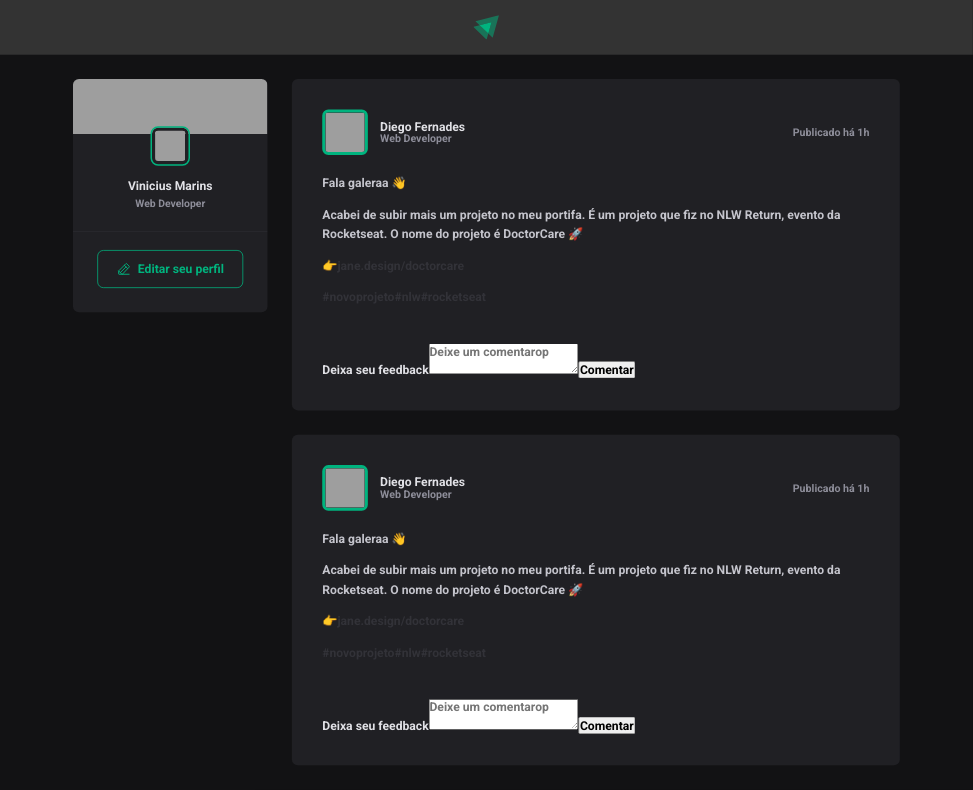
Repository: viniimartins/reactFundamentosRocketseat
Page: /
An editor plug-in stored every save of this project. The page is shown before and after the next save, followed by the edit.
The browser window is 1280 px wide. The pictures show the whole page, at 76% of full size.
Pictures or frames that could not be fetched are drawn as grey boxes. The project was rebuilt for these pictures with package versions that can differ from the ones it lists, and the page was loaded fresh each time. Also part of the build but not shown: vite.config.js.

Above is the page before, as saved 2023-04-29 23:09:09.

After the next save:
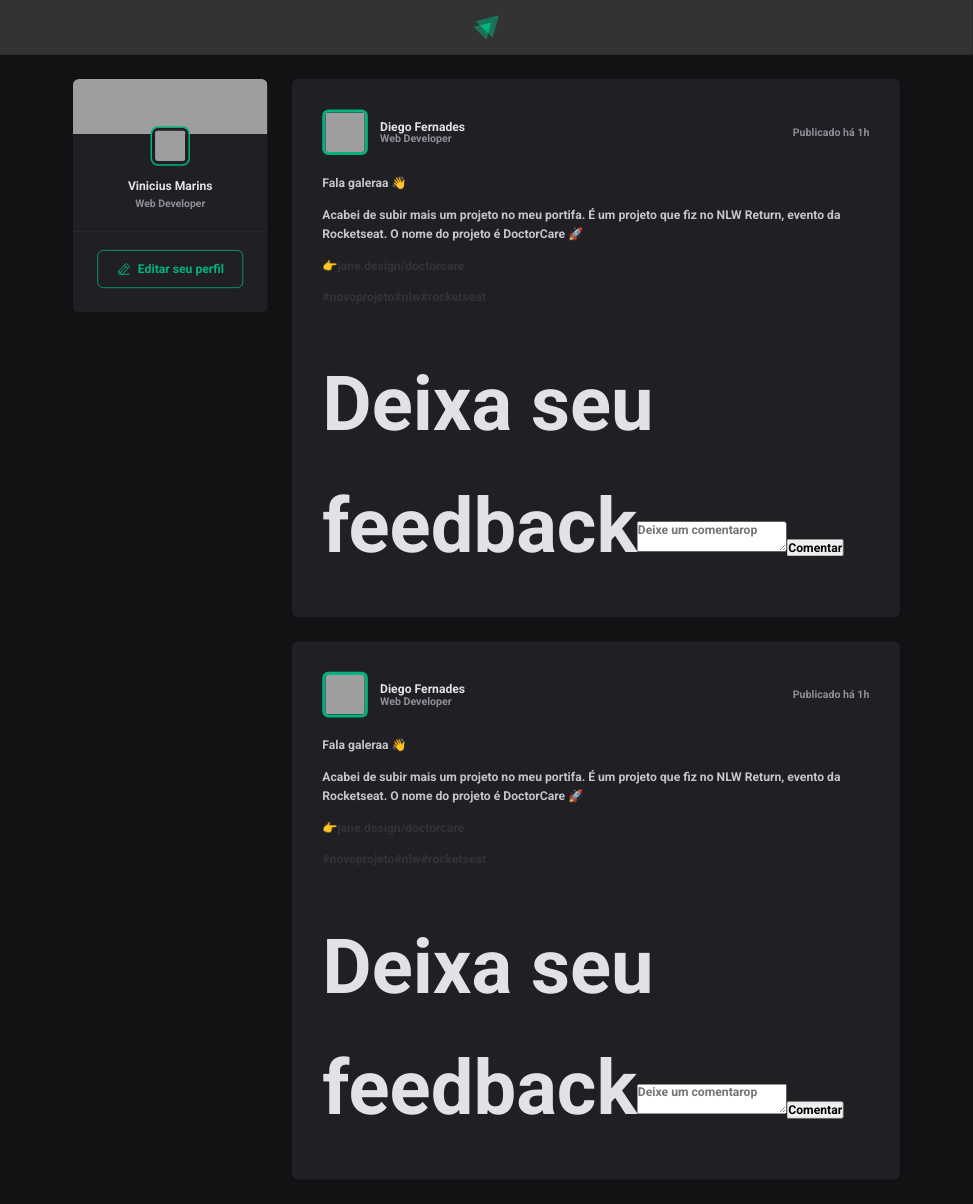
Saved 26 s later.
--- a/src/Components/Post.module.css
+++ b/src/Components/Post.module.css
@@ -77,4 +77,5 @@
 .commentForm > strong {
   line-height: 1.6;
   color: var(--gray-100);
+  font-size:  100px;
 }

After the save that followed:
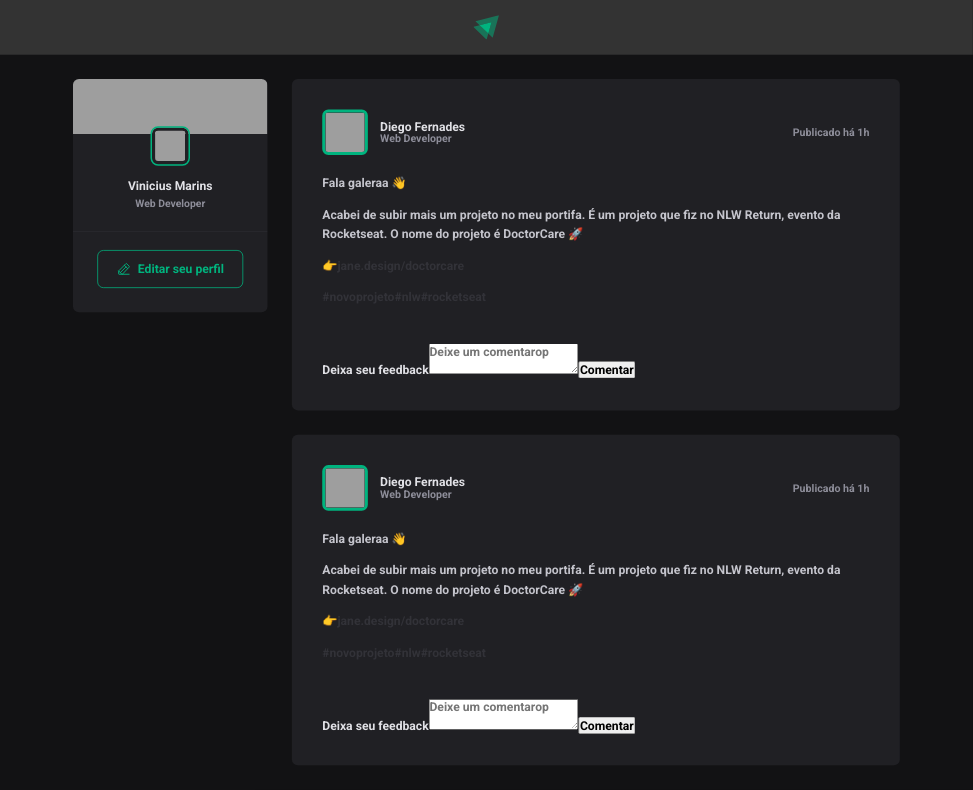
Saved 8 s later.
--- a/src/Components/Post.module.css
+++ b/src/Components/Post.module.css
@@ -77,5 +77,4 @@
 .commentForm > strong {
   line-height: 1.6;
   color: var(--gray-100);
-  font-size:  100px;
 }
